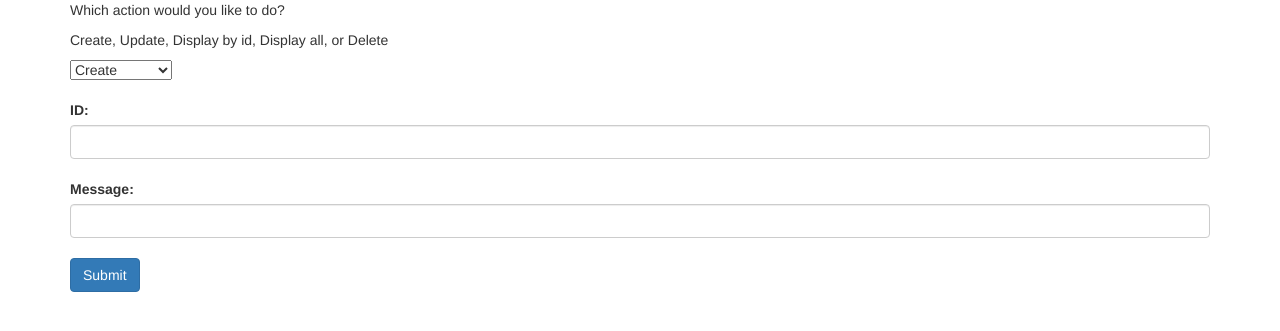
Repository: kddean/Lab3
Page: ToDoSystem-SinglePage/WebContent/ToDo.html
These files come from the project's save history. The page is drawn as it stood at one moment and after the next save; the edit follows.
The browser window is 1280 px wide. The pictures show the whole page.

Above is the page before, as saved 2016-03-25 23:07:52.
Console error: SyntaxError: Unexpected token 'var'

### ToDoSystem-SinglePage/WebContent/ToDo.html
<!DOCTYPE html>
<html>
<head>
<!-- <meta charset="ISO-8859-1"> -->
<meta charset="utf-8">
<meta name="viewport" content="width=device-width, initial-scale=1">
<link rel="stylesheet" href="http://maxcdn.bootstrapcdn.com/bootstrap/3.3.6/css/bootstrap.min.css">
<script src="https://ajax.googleapis.com/ajax/libs/jquery/1.12.0/jquery.min.js"></script>
<script src="http://maxcdn.bootstrapcdn.com/bootstrap/3.3.6/js/bootstrap.min.js"></script>
<title>ToDoSystem</title>
</head>
<body>
<div class="container">
<form name = "ToDoForm" method ="post" action ="ToDoServlet">
	<div class="form-group">
	<p>Which action would you like to do?</p>
	<p>Create, Update, Display by id, Display all, or Delete</p>

	<select name="actions">
		<option value="create">Create</option>
  		<option value="update">Update</option>
  		<option value="displayid">Display by id</option>
  		<option value="displayall">Display all</option>
 		<option value="delete">Delete</option>
	</select>
	<br><br>
	<label>ID:</label><input type="text" class="form-control" name="id">
	<br>
	<label>Message:</label><input type="text" class="form-control" name="message">
	<br>
	<button type="button" onclick="loadDoc()" class="btn btn-primary">Submit</button>
	</div>
</form>
</div>

<script type="text/javascript">
function loadDoc()
	var xhttp = new XMLHttpRequest();
	xhttp.onreadystatechange = function(){
		if (xhttp.readyState == 4 && xhttp.status == 200) {
		      document.getElementById("m").innerHTML = xhttp.responseText;
		    }
	};
	  xhttp.open("GET", "ToDo.html", true);
	  xhttp.setRequestHeader("Content-type", "application/x-www-form-urlencoded");
	  xhttp.send();
</script>
</body>
</html>

After the next save:
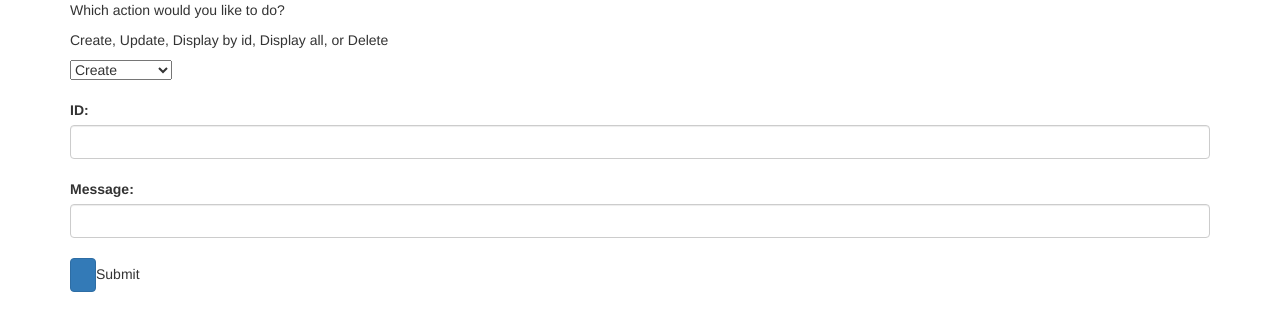
Saved 97 s later.
--- a/ToDoSystem-SinglePage/WebContent/ToDo.html
+++ b/ToDoSystem-SinglePage/WebContent/ToDo.html
@@ -28,7 +28,7 @@
 	<br>
 	<label>Message:</label><input type="text" class="form-control" name="message">
 	<br>
-	<button type="button" onclick="loadDoc()" class="btn btn-primary">Submit</button>
+	<input type="button" onclick="loadDoc()" class="btn btn-primary">Submit</>
 	</div>
 </form>
 </div>

After the save that followed:
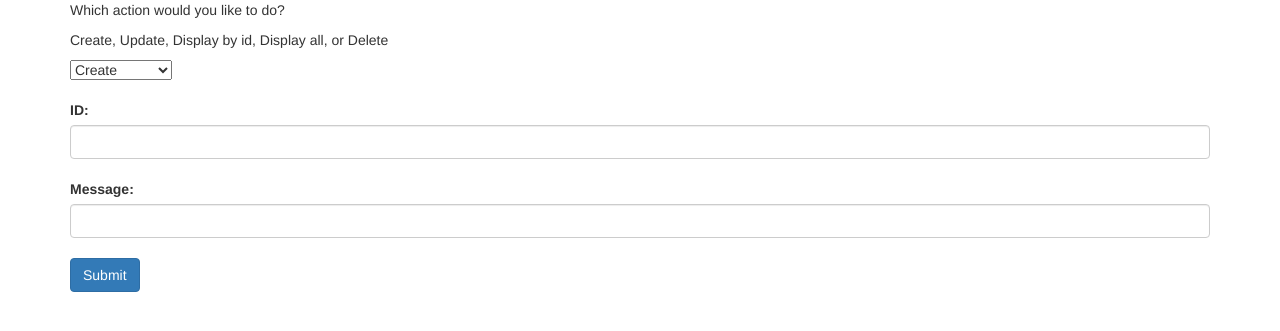
Saved 72 s later.
--- a/ToDoSystem-SinglePage/WebContent/ToDo.html
+++ b/ToDoSystem-SinglePage/WebContent/ToDo.html
@@ -28,7 +28,7 @@
 	<br>
 	<label>Message:</label><input type="text" class="form-control" name="message">
 	<br>
-	<input type="button" onclick="loadDoc()" class="btn btn-primary">Submit</>
+	<button type="submit" value="Submit" onclick="loadDoc()" class="btn btn-primary">Submit</button>
 	</div>
 </form>
 </div>
